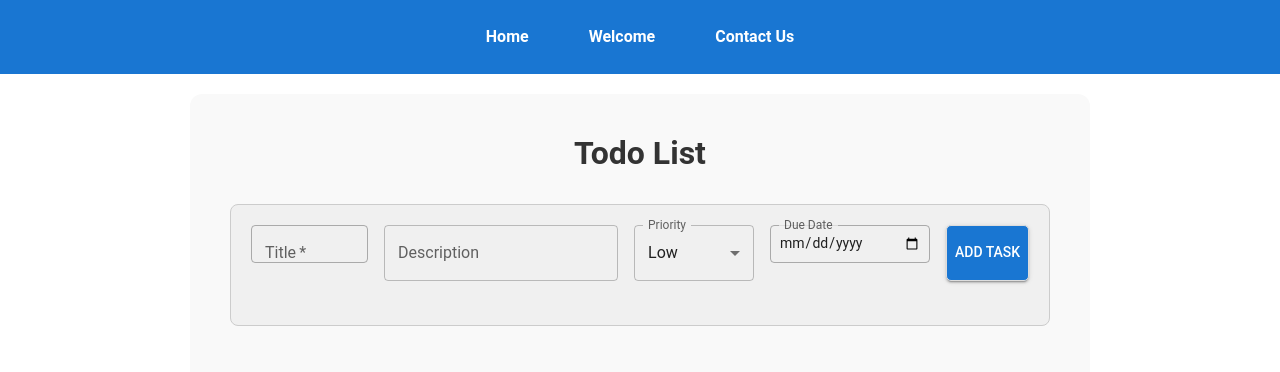
Repository: HPNChanel/Todo-List-Web-App
Page: / (app in frontend/todolist/)
An editor plug-in stored every save of this project. The page is shown before and after the next save, followed by the edit.
The browser window is 1280 px wide. The pictures show the whole page.
The page's requests for data from a server got no answer. The project was rebuilt for these pictures with package versions that can differ from the ones it lists, and the page was loaded fresh each time. No one was signed in, and anything a server would have sent is missing. Also part of the build but not shown: frontend/todolist/src/styles/TaskItem.css, frontend/todolist/src/components/TaskItem.js, frontend/todolist/src/styles/WelcomePage.css, frontend/todolist/src/pages/WelcomePage.js, frontend/todolist/src/styles/NotFound.css, frontend/todolist/src/pages/NotFound.js. Imported but missing from the stored project, and not drawn on this page: frontend/todolist/src/components/ContactUs.

Above is the page before, as saved 2024-11-05 09:32:42.

### frontend/todolist/src/App.js
// src/App.js
import React from 'react';
import { BrowserRouter as Router, Routes, Route } from 'react-router-dom';
import { TaskProvider } from './contexts/TaskContext';
import TaskList from './components/TaskList';
import NavBar from './components/NavBar';
import WelcomePage from './pages/WelcomePage';
import ContactUs from './components/ContactUs';
import { Container, CssBaseline, ThemeProvider, createTheme } from '@mui/material';
import NotFound from './pages/NotFound';

const theme = createTheme({
    palette: {
        primary: {
            main: '#1976d2',
        },
        secondary: {
            main: '#f50057',
        },
    },
    typography: {
        fontFamily: 'Roboto, Arial, sans-serif',
    },
});

function App() {
    return (
        <ThemeProvider theme={theme}>
            <CssBaseline />
            <TaskProvider>
                <Router>
                    <NavBar />
                    <Container>
                        <Routes>
                            <Route path="/" element={<TaskList />} />
                            <Route path="/welcome" element={<WelcomePage />} />
                            <Route path="/contact" element={<ContactUs />} />
                            <Route path="*" element={<NotFound />} />
                        </Routes>
                    </Container>
                </Router>
            </TaskProvider>
        </ThemeProvider>
    );
}

export default App;

### frontend/todolist/src/contexts/TaskContext.js
import React, { createContext, useState, useEffect } from 'react';
import { getTasks, createTask, updateTask, deleteTask } from '../api/TaskApi';

export const TaskContext = createContext();

export const TaskProvider = ({ children }) => {
  const [tasks, setTasks] = useState([]);

  useEffect(() => {
    fetchTasks();
  }, []);

  const fetchTasks = async () => {
    const data = await getTasks();
    setTasks(data);
  };

  const addTask = async (task) => {
    const newTask = await createTask(task);
    setTasks([...tasks, newTask]);
  };

  const editTask = async (id, updatedTask) => {
    const task = await updateTask(id, updatedTask);
    setTasks(tasks.map((t) => (t.id === task.id ? task : t)));
  };

  const removeTask = async (id) => {
    await deleteTask(id);
    setTasks(tasks.filter((t) => t.id !== id));
  };

  return (
    <TaskContext.Provider value={{ tasks, addTask, editTask, removeTask }}>
      {children}
    </TaskContext.Provider>
  );
};

### frontend/todolist/src/components/TaskList.js
// src/components/TaskList.js
import React, { useState } from 'react';
import { Grid, Typography } from '@mui/material';
import TaskItem from './TaskItem';
import TaskForm from './TaskForm';
import useTasks from '../hooks/useTasks';
import '../styles/TaskList.css';

function TaskList() {
    const { tasks } = useTasks();
    const [taskToEdit, setTaskToEdit] = useState(null);

    const handleEdit = (task) => {
        setTaskToEdit(task);
    };

    const clearTaskToEdit = () => {
        setTaskToEdit(null);
    };

    return (
        <div className="task-list">
            <Typography variant="h4" gutterBottom>Todo List</Typography>
            <TaskForm taskToEdit={taskToEdit} clearTaskToEdit={clearTaskToEdit} />
            <Grid container spacing={2} className="task-grid">
                {tasks.map((task) => (
                    <Grid item xs={12} sm={6} md={4} key={task.id}>
                        <TaskItem task={task} onEdit={handleEdit} />
                    </Grid>
                ))}
            </Grid>
        </div>
    );
}

export default TaskList;

### frontend/todolist/src/components/NavBar.js
// src/components/NavBar.js
import React from 'react';
import { Link } from 'react-router-dom';
import '../styles/NavBar.css';

const NavBar = () => (
    <nav className="nav-bar">
        <Link to="/">Home</Link>
        <Link to="/welcome">Welcome</Link>
        <Link to="/contact">Contact Us</Link>
    </nav>
);

export default NavBar;

### frontend/todolist/src/api/TaskApi.js
import axios from 'axios';

const API_URL = 'http://localhost:8000/api/tasks/';

//* Declare API Function for tasks

export const getTasks = async () => {
  const response = await axios.get(API_URL);
  return response.data;
};

export const createTask = async (task) => {
  const response = await axios.post(API_URL, task);
  return response.data;
};

export const updateTask = async (id, task) => {
  const response = await axios.put(`${API_URL}${id}/`, task)
  return response.data;
};

export const deleteTask = async (id) => {
  await axios.delete(`${API_URL}${id}/`)
}

### frontend/todolist/src/components/TaskForm.js
// src/components/TaskForm.js
import React, { useState, useEffect } from 'react';
import { TextField, Button, MenuItem, Box } from '@mui/material';
import { motion } from 'framer-motion';
import useTasks from '../hooks/useTasks';
import '../styles/TaskForm.css';

function TaskForm({ taskToEdit, clearTaskToEdit }) {
    const { addTask, editTask } = useTasks();
    const [title, setTitle] = useState(taskToEdit?.title || '');
    const [description, setDescription] = useState(taskToEdit?.description || '');
    const [priority, setPriority] = useState(taskToEdit?.priority || 1);
    const [dueDate, setDueDate] = useState(taskToEdit?.due_date || '');

    useEffect(() => {
        if (taskToEdit) {
            setTitle(taskToEdit.title);
            setDescription(taskToEdit.description);
            setPriority(taskToEdit.priority);
            setDueDate(taskToEdit.due_date);
        }
    }, [taskToEdit]);

    const handleSubmit = (e) => {
        e.preventDefault();
        const taskData = { title, description, priority, due_date: dueDate };
        if (taskToEdit) {
            editTask(taskToEdit.id, taskData);
            clearTaskToEdit();
        } else {
            addTask(taskData);
        }
        setTitle('');
        setDescription('');
        setPriority(1);
        setDueDate('');
    };

    return (
        <motion.div
            className="task-form"
            initial={{ opacity: 0, y: -20 }}
            animate={{ opacity: 1, y: 0 }}
            transition={{ duration: 0.5 }}
        >
            <Box component="form" onSubmit={handleSubmit} sx={{ display: 'flex', gap: 2, mb: 3 }}>
                <TextField
                    label="Title"
                    variant="outlined"
                    value={title}
                    onChange={(e) => setTitle(e.target.value)}
                    required
                    sx={{ flex: 1 }}
                />
                <TextField
                    label="Description"
                    variant="outlined"
                    multiline
                    maxRows={4}
                    value={description}
                    onChange={(e) => setDescription(e.target.value)}
                    sx={{ flex: 2 }}
                />
                <TextField
                    select
                    label="Priority"
                    variant="outlined"
                    value={priority}
                    onChange={(e) => setPriority(e.target.value)}
                    sx={{ width: 120 }}
                >
                    <MenuItem value={1}>Low</MenuItem>
                    <MenuItem value={2}>Medium</MenuItem>
                    <MenuItem value={3}>High</MenuItem>
                </TextField>
                <TextField
                    label="Due Date"
                    type="date"
                    InputLabelProps={{ shrink: true }}
                    value={dueDate}
                    onChange={(e) => setDueDate(e.target.value)}
                    sx={{ width: 160 }}
                />
                <Button type="submit" variant="contained" color="primary">
                    {taskToEdit ? "Update Task" : "Add Task"}
                </Button>
            </Box>
        </motion.div>
    );
}

export default TaskForm;

### frontend/todolist/src/hooks/useTasks.js
import { useContext } from "react";
import { TaskContext } from "../contexts/TaskContext";

const useTasks = () => {
  return useContext(TaskContext);
};

export default useTasks;

### frontend/todolist/src/styles/TaskList.css
.task-list {
  padding: 40px;
  background-color: #f9f9f9;
  border-radius: 12px;
  max-width: 900px;
  margin: 20px auto;
}

.task-list h4 {
  text-align: center;
  margin-bottom: 30px;
  font-size: 2em;
  color: #333;
  font-weight: bold;
}

.task-list .task-grid {
  display: grid;
  grid-template-columns: repeat(auto-fill, minmax(250px, 1fr));
  gap: 25px;
  justify-items: center;
}

### frontend/todolist/src/styles/NavBar.css
.nav-bar {
  display: flex;
  justify-content: center;
  gap: 20px;
  padding: 15px 0;
  background-color: #1976d2;
  color: white;
}

.nav-bar a {
  color: white;
  text-decoration: none;
  font-weight: bold;
  padding: 10px 20px;
  border-radius: 5px;
  transition: background-color 0.3s ease;
}

.nav-bar a:hover {
  background-color: #0056b3;
}

### frontend/todolist/src/styles/TaskForm.css
.task-form {
  display: flex;
  gap: 10px;
  margin-bottom: 20px;
  padding: 20px;
  border: 1px solid #ccc;
  border-radius: 8px;
  background-color: #f0f0f0;
  align-items: center;
}

.task-form input,
.task-form select,
.task-form button {
  padding: 8px;
  border-radius: 5px;
  border: 1px solid #ddd;
  font-size: 14px;
}

.task-form button {
  background-color: #1976d2;
  color: white;
  cursor: pointer;
  transition: background-color 0.3s ease;
}

.task-form button:hover {
  background-color: #0056b3;
}

Loaded but not shown: frontend/todolist/public/index.html (common file); frontend/todolist/src/index.js (common file); frontend/todolist/src/index.css (common file); frontend/todolist/tailwind.config.js (common file)

After the next save:
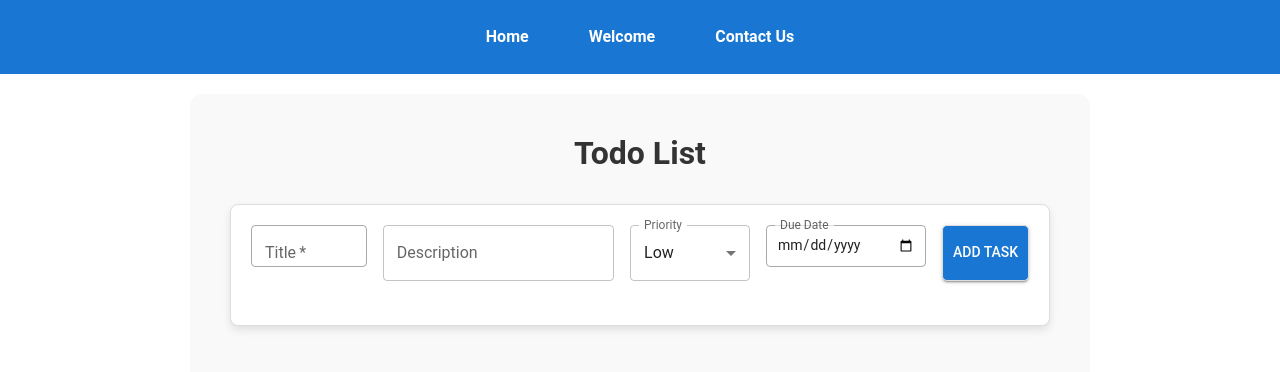
Saved 14 s later.
--- a/frontend/todolist/src/styles/TaskForm.css
+++ b/frontend/todolist/src/styles/TaskForm.css
@@ -1,18 +1,19 @@
 .task-form {
   display: flex;
+  flex-wrap: wrap;
   gap: 10px;
-  margin-bottom: 20px;
+  margin-bottom: 30px;
   padding: 20px;
-  border: 1px solid #ccc;
+  border: 1px solid #ddd;
   border-radius: 8px;
-  background-color: #f0f0f0;
-  align-items: center;
+  background-color: #ffffff;
+  box-shadow: 0 4px 8px rgba(0, 0, 0, 0.1);
 }
 
 .task-form input,
 .task-form select,
 .task-form button {
-  padding: 8px;
+  padding: 10px;
   border-radius: 5px;
   border: 1px solid #ddd;
   font-size: 14px;
